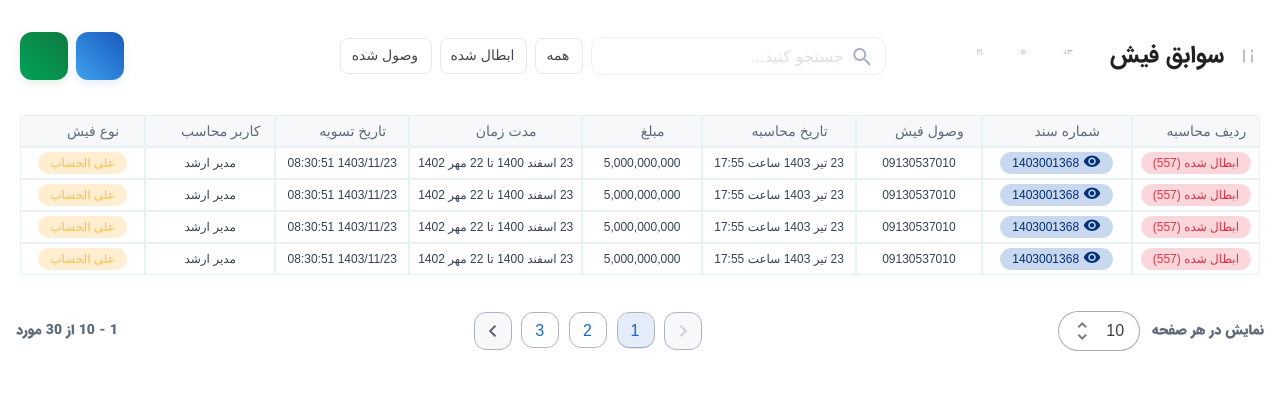
Repository: mobinazarein/data-table
Page: /
The author's editor kept a copy of each file at every save. The page is drawn from the files as they stood at one save, then again after the next save.
The browser window is 1280 px wide. The pictures show the whole page.
Some web fonts or font styles are not loaded; a fallback is used. The project was rebuilt for these pictures with package versions that can differ from the ones it lists, and the page was loaded fresh each time. Also part of the build but not shown: vue.config.js.

Above is the page before, as saved 2025-03-26 11:21:20.

After the next save:
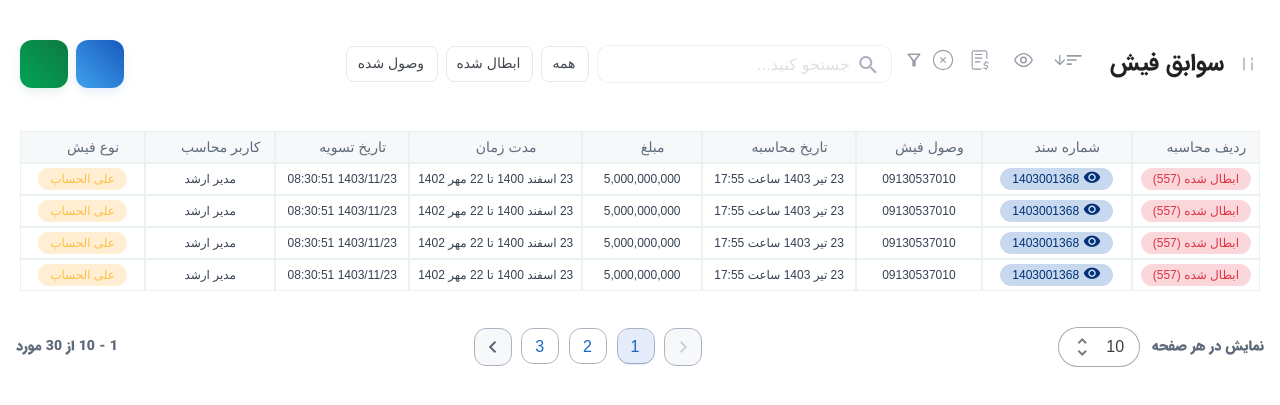
Saved 7 s later.
--- a/src/components/DataTable.vue
+++ b/src/components/DataTable.vue
@@ -9,7 +9,7 @@
             <h2 class="mr-3 ml-5 text-nowrap " style="white-space: nowrap;">{{ title }}</h2>
           </div>
           <div v-for="(icon, index) in iconList" :key="index">
-            <component v-if="icon" :is="icon" class="mx-1 pa-3" />
+            <component v-if="icon" :is="icon" class="mx-1 ma-2" />
           </div>
           <v-text-field v-if="showSearchBtn" variant="outlined" density="compact" hide-details
             class="custom-text-field mx-2" label="جستجو کنید..." prepend-inner-icon="mdi-magnify" width="295.6875px" />

After the save that followed:
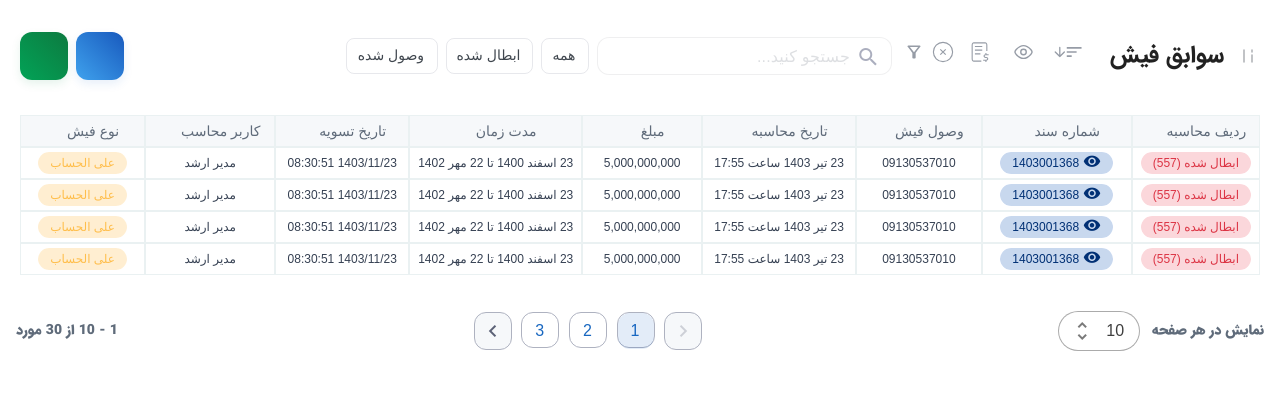
Saved 11 s later.
--- a/src/components/DataTable.vue
+++ b/src/components/DataTable.vue
@@ -9,7 +9,7 @@
             <h2 class="mr-3 ml-5 text-nowrap " style="white-space: nowrap;">{{ title }}</h2>
           </div>
           <div v-for="(icon, index) in iconList" :key="index">
-            <component v-if="icon" :is="icon" class="mx-1 ma-2" />
+            <component v-if="icon" :is="icon" class="mx-1 mr-1" />
           </div>
           <v-text-field v-if="showSearchBtn" variant="outlined" density="compact" hide-details
             class="custom-text-field mx-2" label="جستجو کنید..." prepend-inner-icon="mdi-magnify" width="295.6875px" />
